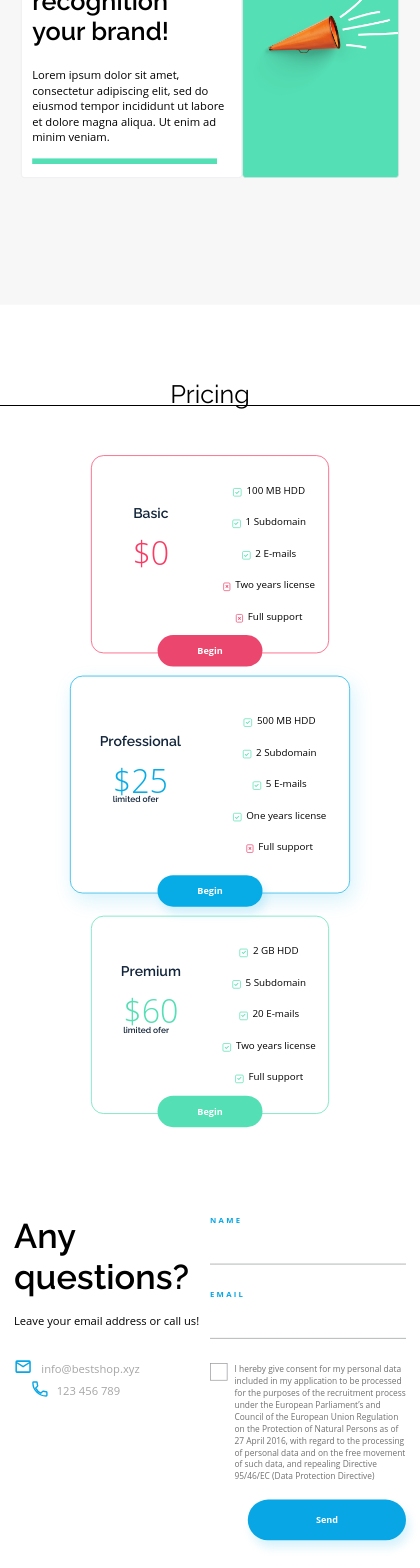
Repository: VolodymyrDubnytskyi/BestShop_project
Page: index.html
An editor plug-in stored every save of this project. The page is shown before and after the next save, followed by the edit.
The browser window is 600 px wide. The pictures show the part of the page from y = 2326 to 4566 px (the page is 4743 px tall), at 70% of full size.
Some web libraries are served in a nearby version.

Above is the page before, as saved 2020-01-18 13:08:03.

After the next save:
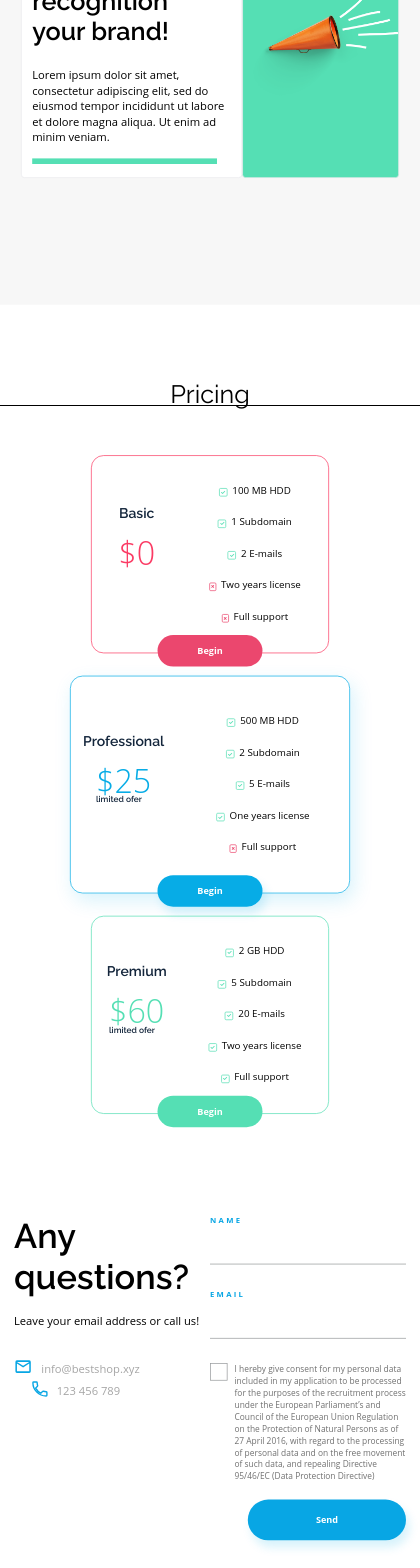
Saved 2 min 37 s later.
--- a/css/style.css
+++ b/css/style.css
@@ -960,9 +960,9 @@ background-color: #eb476d1d;
     top: auto;
   }
   .pricing-box-heading{
-flex-basis: 50%;
+flex-basis: 38%;
   }
   .pricing-container-for-content{
-    flex-basis: 50%;
-  }
-}
+    flex-basis: 62%;
+  }
+}
